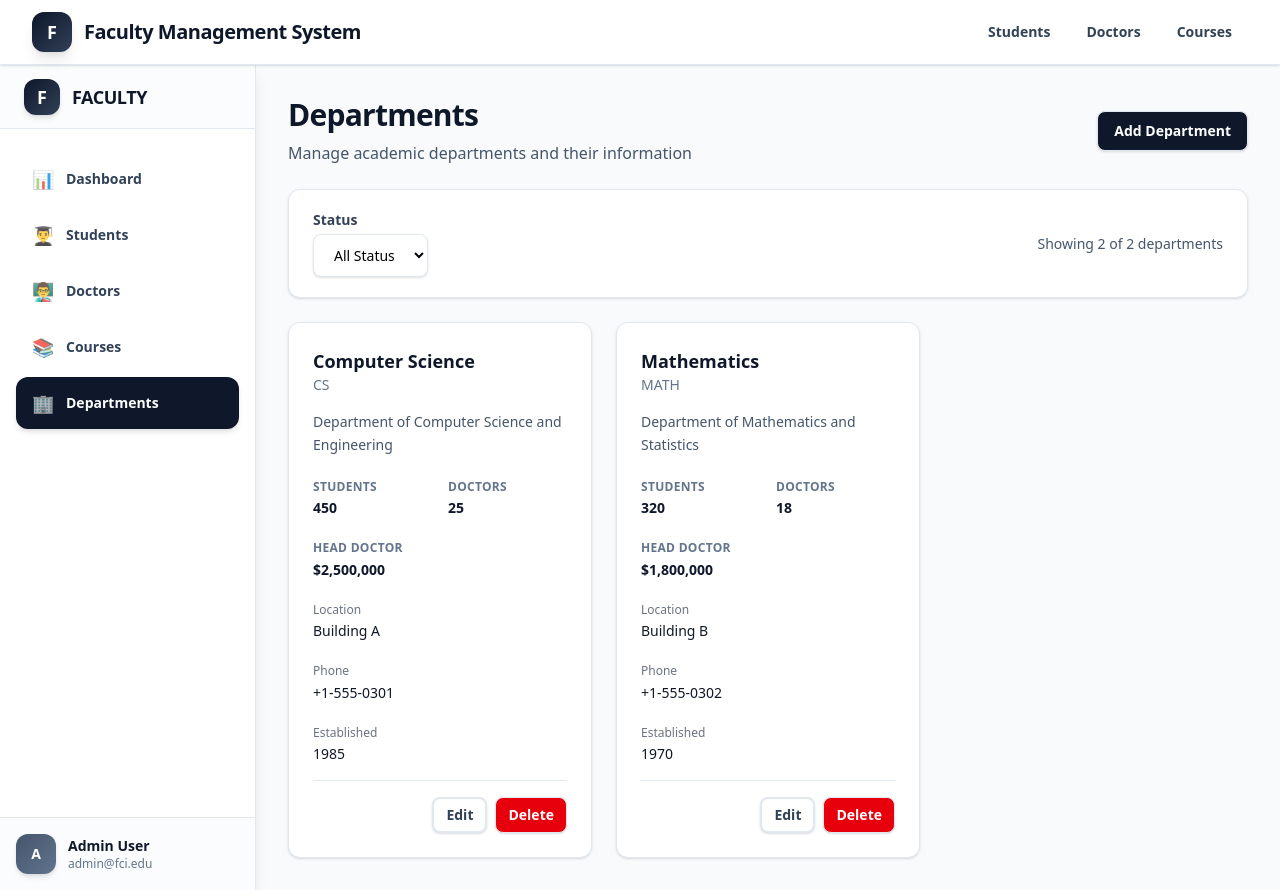
Repository: Mohamedmohsen179/Advanced-DB-Task
Page: /departments (app in frontend/)
An editor plug-in stored every save of this project. The page is shown before and after the next save, followed by the edit.
The browser window is 1280 px wide. The pictures show the whole page.
The page's requests for data from a server got no answer. The project was rebuilt for these pictures with package versions that can differ from the ones it lists, and the page was loaded fresh each time. The framework's server and built-in components were replaced by stand-ins that run in the browser. No one was signed in, and anything a server would have sent is missing. Also part of the build but not shown: frontend/next.config.ts.

Above is the page before, as saved 2025-11-29 01:03:33.

After the next save:
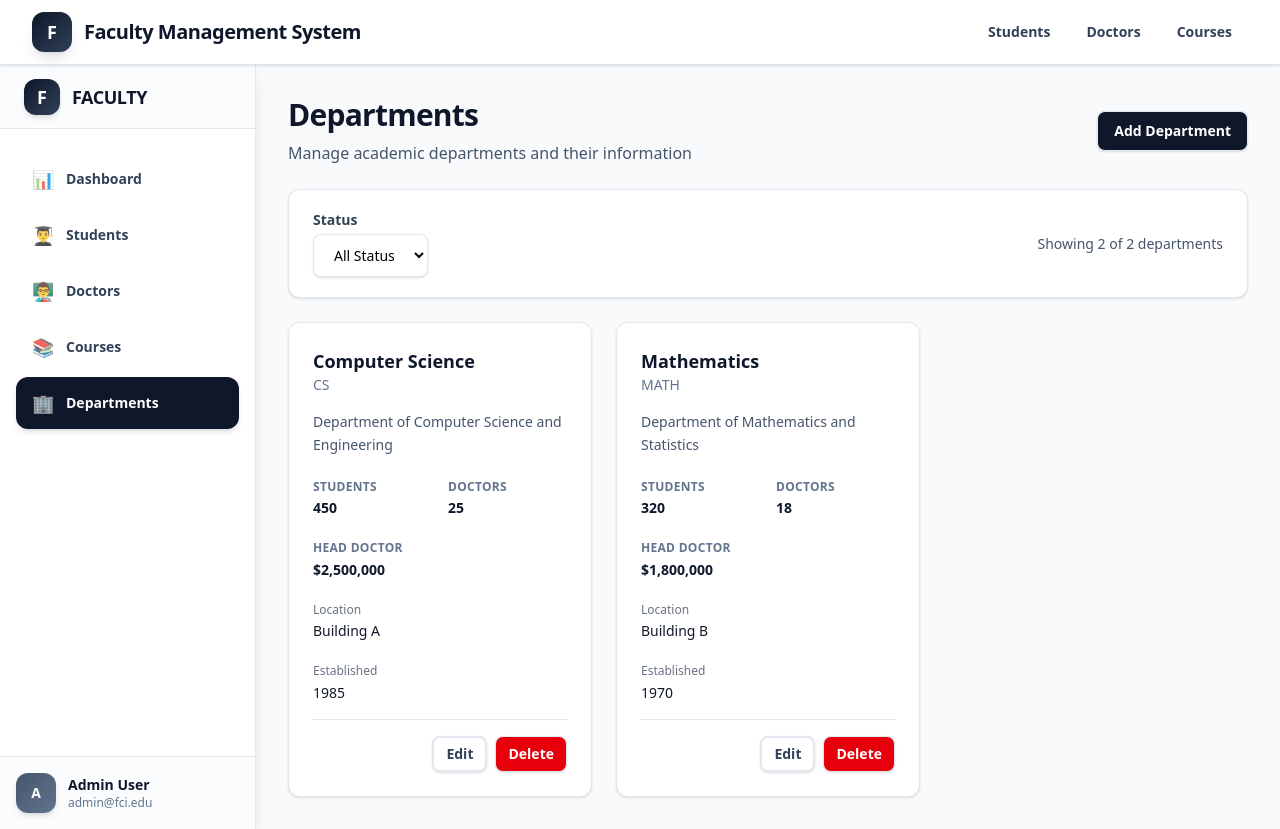
Saved 20 min 41 s later.
--- a/frontend/components/departments/DepartmentCard.tsx
+++ b/frontend/components/departments/DepartmentCard.tsx
@@ -49,13 +49,6 @@ export default function DepartmentCard({ department, onEdit, onDelete }: Departm
               <p className="text-sm text-gray-900">{department.location}</p>
             </div>
           )}
-
-          {department.phoneNumber && (
-            <div className="col-span-2">
-              <span className="text-xs font-medium text-gray-500">Phone</span>
-              <p className="text-sm text-gray-900">{department.phoneNumber}</p>
-            </div>
-          )}
         </div>
 
         {department.establishedDate && (
